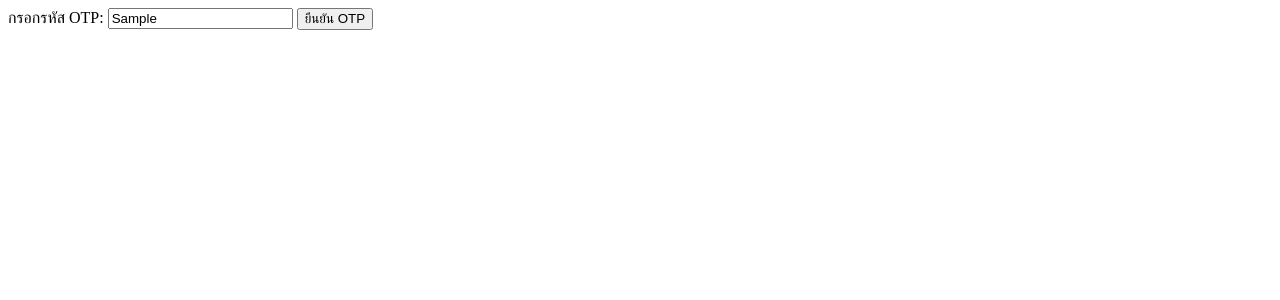
Repository: staggil/thesis
Page: otp.html
The author's editor kept a copy of each file at every save. The page is drawn from the files as they stood at one save, then again after the next save.
The browser window is 1280 px wide. The pictures show the whole page.
Empty fields were first filled with sample values (such as "Sample", 5 or name@example.com).
After loading, the first visible `#otp-form` was submitted once.
The page's requests for data from a server got no answer.

Above is the page before, as saved 2025-12-09 06:25:46.

After the next save:
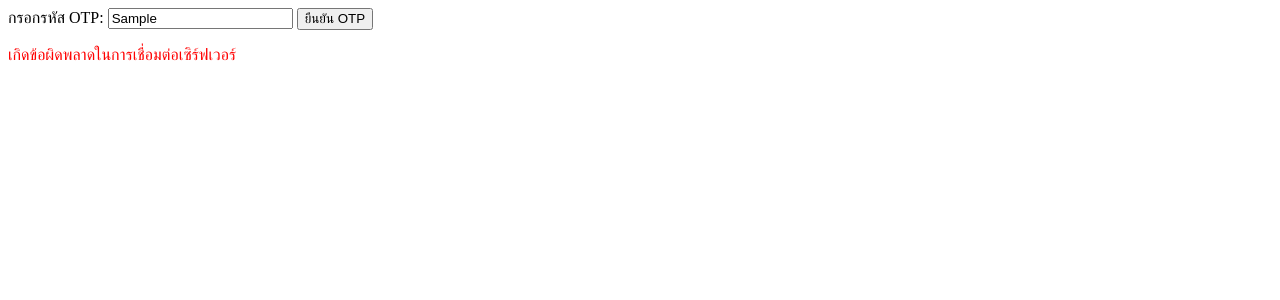
Saved 3 min 9 s later.
--- a/otp.html
+++ b/otp.html
@@ -1,6 +1,6 @@
 <form id="otp-form">
     <label for="otp">กรอกรหัส OTP:</label>
-    <input type="text" id="otp" required>
+    <input type="text" id="otp" maxlength="6" required>
     <button type="submit">ยืนยัน OTP</button>
 </form>
 <p id="otp-error" style="color:red"></p>
@@ -8,20 +8,28 @@
 <script>
 document.getElementById("otp-form").addEventListener("submit", async (e) => {
     e.preventDefault();
+    const otpError = document.getElementById("otp-error");
+    otpError.textContent = "";
+
     const otp = document.getElementById("otp").value.trim();
 
-    const res = await fetch("/verify-otp", {
-        method: "POST",
-        headers: { "Content-Type": "application/json" },
-        body: JSON.stringify({ otp })
-    });
+    try {
+        const res = await fetch("/verify-otp", {
+            method: "POST",
+            headers: { "Content-Type": "application/json" },
+            body: JSON.stringify({ otp })
+        });
 
-    const data = await res.json();
-    if (data.success) {
-        alert("ยืนยัน OTP สำเร็จ!");
-        window.location.href = "/login.html";
-    } else {
-        document.getElementById("otp-error").textContent = data.message;
+        const data = await res.json();
+        if (data.success) {
+            alert("ยืนยัน OTP สำเร็จ!");
+            window.location.href = "/login.html";
+        } else {
+            otpError.textContent = data.message;
+        }
+    } catch (err) {
+        otpError.textContent = "เกิดข้อผิดพลาดในการเชื่อมต่อเซิร์ฟเวอร์";
+        console.error(err);
     }
 });
 </script>
